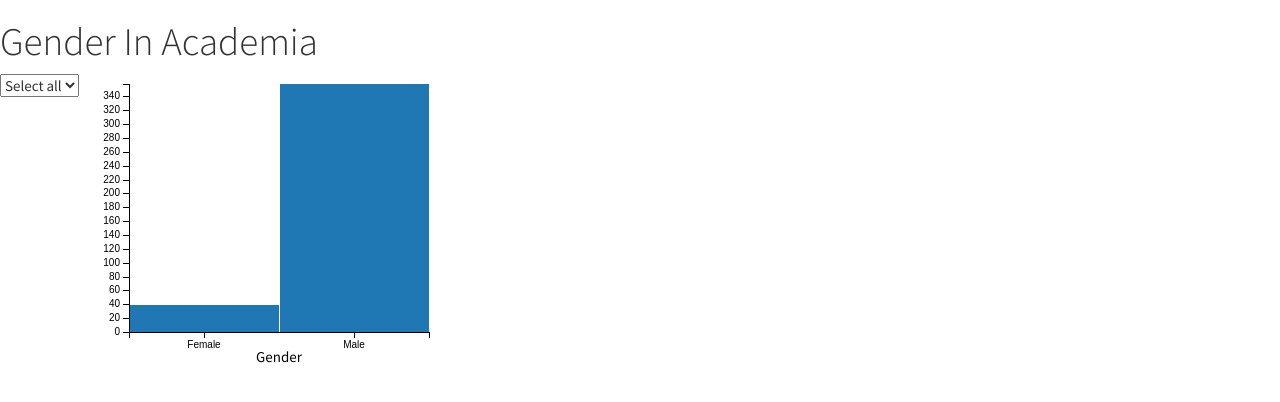
Repository: adonegan/dashboard
Page: index.html
The author's editor kept a record of every edit. The page is drawn from the files as they stood at one moment, then again after the next edit.
The browser window is 1280 px wide. The pictures show the whole page.

Above is the page before.
Console error: TypeError: Cannot read properties of null (reading 'textContent')

### index.html
<!DOCTYPE html>
<html lang="en">
<head>
    <meta charset="UTF-8">
    <meta name="viewport" content="width=device-width, initial-scale=1.0">
    <meta http-equiv="X-UA-Compatible" content="ie=edge">
    <title>Gender In Academia</title>

    <link rel="stylesheet" href="static/css/bootstrap.min.css" type="text/css" />
    <link rel="stylesheet" href="static/css/dc.min.css" type="text/css" />

    <script type="text/javascript" src="static/js/d3.min.js"></script>
    <script type="text/javascript" src="static/js/crossfilter.min.js"></script>
    <script type="text/javascript" src="static/js/dc.min.js"></script>
    <script type="text/javascript" src="static/js/queue.min.js"></script>
    <script type="text/javascript" src="static/js/graph.js"></script>
</head>
<body>

    <h1>Gender In Academia</h1>

    <div id="discipline-selector"></div>

    <div id="gender-balance"></div>

    <div id="average-salary"></div>



</body>
</html>

### static/js/graph.js
queue()
    .defer(d3.csv, "data/Salaries.csv")
    .await(makeGraphs);

function makeGraphs(error, salaryData) {
    var ndx = crossfilter(salaryData);

    show_discipline_selector(ndx);
    show_gender_balance(ndx);
    show_average_salaries(ndx);

    dc.renderAll();
}


function show_discipline_selector(ndx) {
    dim = ndx.dimension(dc.pluck('discipline'));
    group = dim.group()

    dc.selectMenu("#discipline-selector")
        .dimension(dim)
        .group(group);
}

function show_gender_balance(ndx) {
    var dim = ndx.dimension(dc.pluck('sex'));
    var group = dim.group();

    dc.barChart("#gender-balance")
        .width(400)
        .height(300)
        .margins({top: 10, right: 50, bottom: 30, left: 50})
        .dimension(dim)
        .group(group)
        .transitionDuration(500)
        .x(d3.scale.ordinal())
        .xUnits(dc.units.ordinal)
        .xAxisLabel("Gender")
        .yAxis().ticks(20);
}


function show_average_salaries(ndx) {
    var dim = ndx.dimension(dc.pluck('sex'));

    function add_item(p, v) {
        p.count++;
        p.total += v.salary;
        p.average = p.total / p.count;
        return p;
    }

    function remove_item(p, v) {
        p.count--;
        if(p.count == 0) {
            p.total = 0;
            p.average = 0;
        } else {
            p.total -= v.salary;
            p.average = p.total / p.count;
        }
        return p;
    }

    function initialise() {
        return {count: 0, total: 0, average: 0};
    }

    var averageSalaryByGender = dim.group().reduce(add_item, remove_item, initialise);


    dc.barChart("#average_salary")
        .width(400)
        .height(300)
        .margins({top: 10, right: 50, bottom: 30, left: 50})
        .dimension(dim)
        .group(averageSalaryByGender)
        .valueAccessor(function(d) {
            return d.value.average;
        })
        .transitionDuration(500)
        .x(d3.scale.ordinal())
        .xUnits(dc.units.ordinal)
        .elasticY(true)
        .xAxisLabel("Gender")
        .yAxis().ticks(4);
}

Loaded but not shown: static/css/bootstrap.min.css (library); static/css/dc.min.css (library); static/js/d3.min.js (library); static/js/crossfilter.min.js (library); static/js/dc.min.js (library); static/js/queue.min.js (common file)

After the next edit:
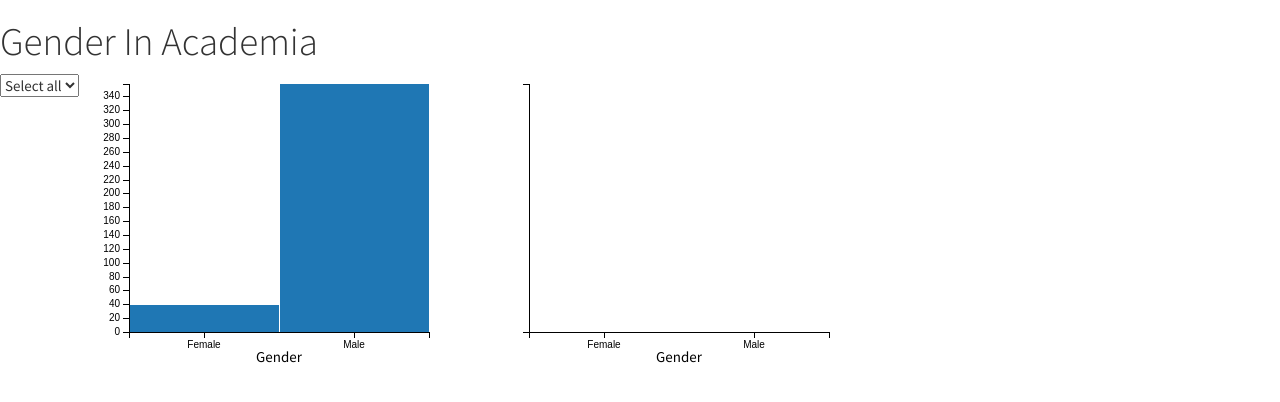
The error is gone.
The edit:
--- a/static/js/graph.js
+++ b/static/js/graph.js
@@ -69,7 +69,7 @@
     var averageSalaryByGender = dim.group().reduce(add_item, remove_item, initialise);
 
 
-    dc.barChart("#average_salary")
+    dc.barChart("#average-salary")
         .width(400)
         .height(300)
         .margins({top: 10, right: 50, bottom: 30, left: 50})
